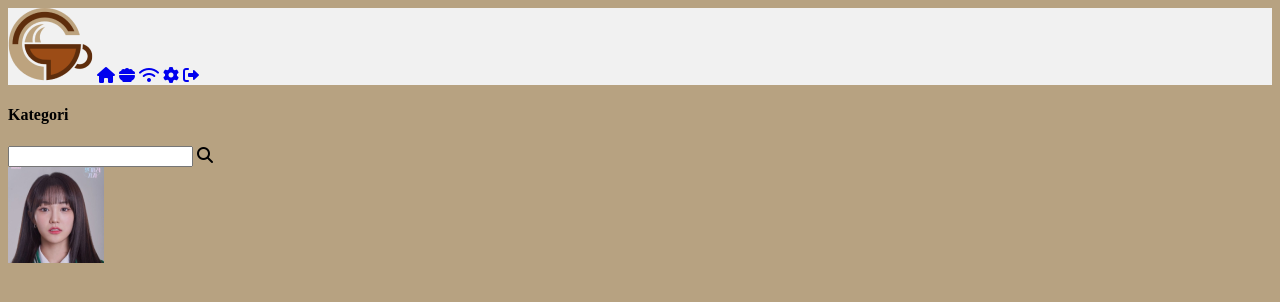
Repository: DanielChuaaa/sbd2
Page: index.html
The author's editor kept a copy of each file at every save. The page is drawn from the files as they stood at one save, then again after the next save.
The browser window is 1280 px wide. The pictures show the whole page.
Some web libraries are served in a nearby version.

Above is the page before, as saved 2023-10-20 09:54:39.

After the next save:
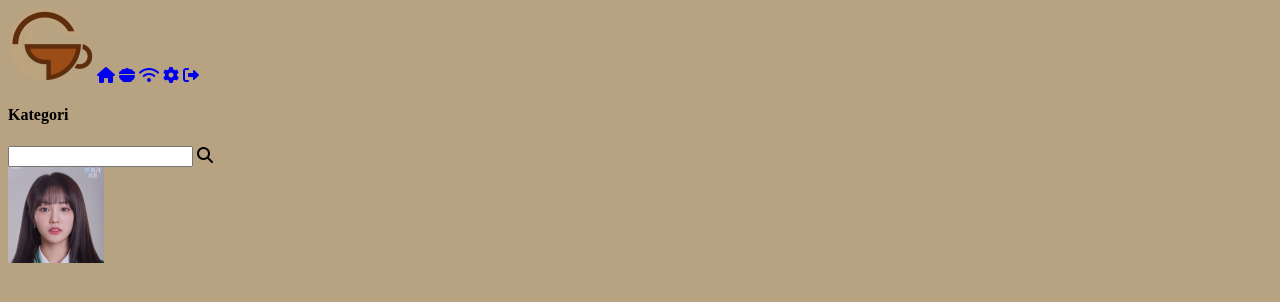
Saved 50 s later.
--- a/style.css
+++ b/style.css
@@ -21,6 +21,10 @@ body{
     background-color: #B7A281;
 }
 
+.grid-wrapper[
+
+]
+
 .icon{
     background: var(--clr-neutral-400);
 }

After the save that followed:
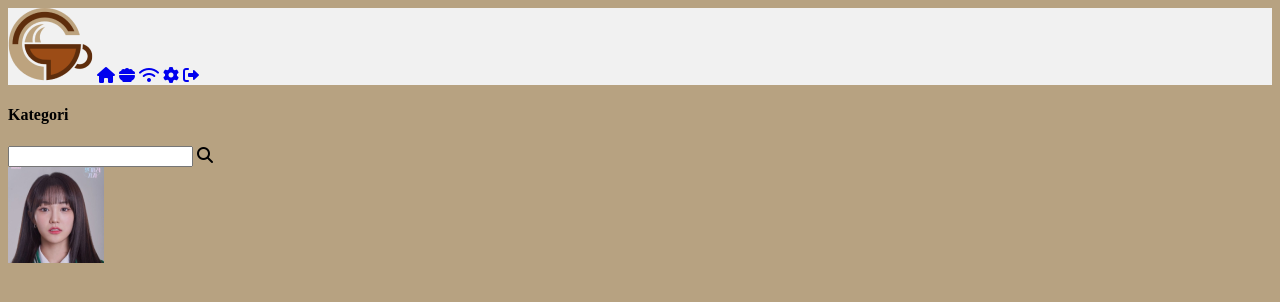
Saved 8 s later.
--- a/style.css
+++ b/style.css
@@ -21,9 +21,9 @@ body{
     background-color: #B7A281;
 }
 
-.grid-wrapper[
-
-]
+.grid-wrapper{
+    grid-template-columns: 1fr 1fr;
+}
 
 .icon{
     background: var(--clr-neutral-400);
